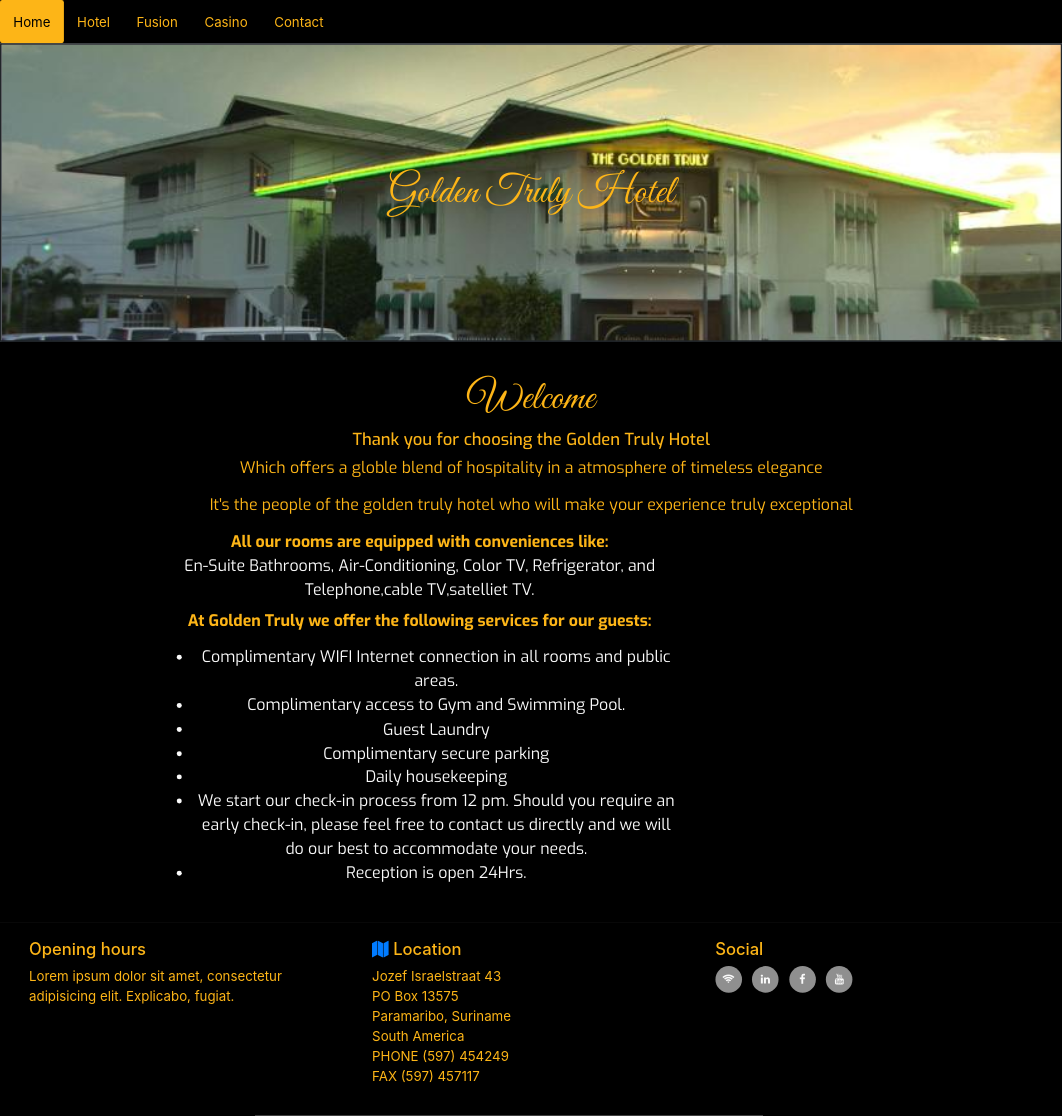
Repository: Code-Institute-Submissions/anthonycaf-Milestone1
Page: index.html
The author's editor kept a record of every edit. The page is drawn from the files as they stood at one moment, then again after the next edit.
The browser window is 1280 px wide. The pictures show the whole page, at 83% of full size.

Above is the page before.

After the next edit:
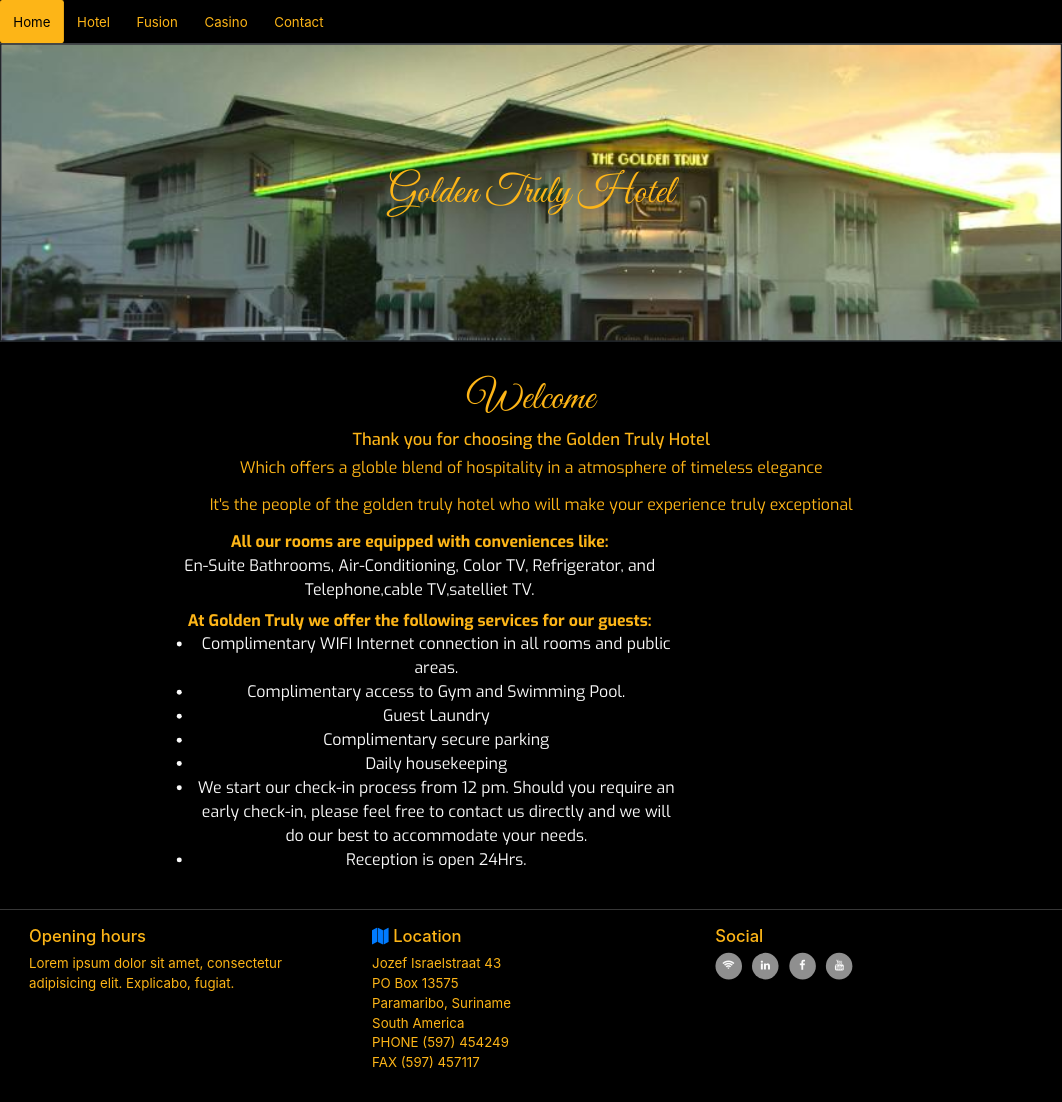
The edit:
--- a/index.html
+++ b/index.html
@@ -41,7 +41,7 @@
 
   <dt class="text-center uppercase">At Golden Truly we offer the following services for our guests:</dt>
   <dd class="text-center">
-    <p><ul class="room-services">
+    <ul class="room-services">
                  <li class="room-services-item">Complimentary WIFI Internet connection in all rooms and public areas.</li>
                  <li class="room-services-item">Complimentary access to Gym and Swimming Pool.</li>
                  <li class="room-services-item">Guest Laundry</li>
